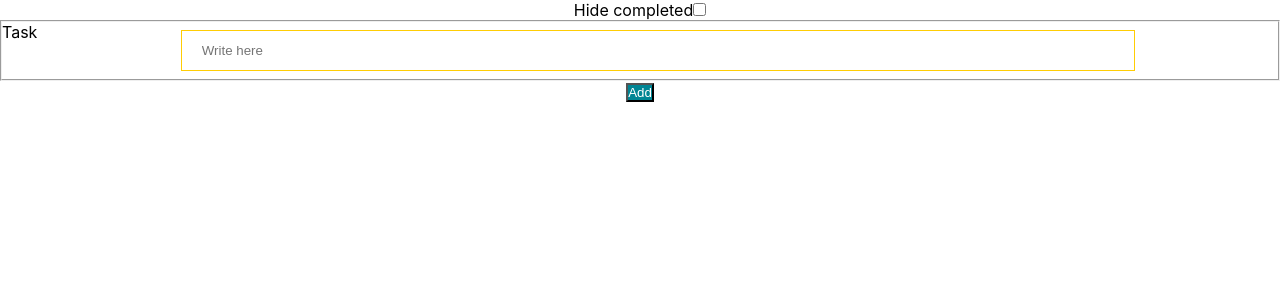
Repository: ArusyakAghajanyan/ToDoMamble
Page: /
The author's editor kept a copy of each file at every save. The page is drawn from the files as they stood at one save, then again after a run of saves.
The browser window is 1280 px wide. The pictures show the whole page.
The project was rebuilt for these pictures with package versions that can differ from the ones it lists, and the page was loaded fresh each time. Also part of the build but not shown: src/components/ToDoItem.jsx, src/components/confirm.css, src/components/Confirm.jsx.

Above is the page before, as saved 2022-05-23 00:20:22.

After the next 2 saves:
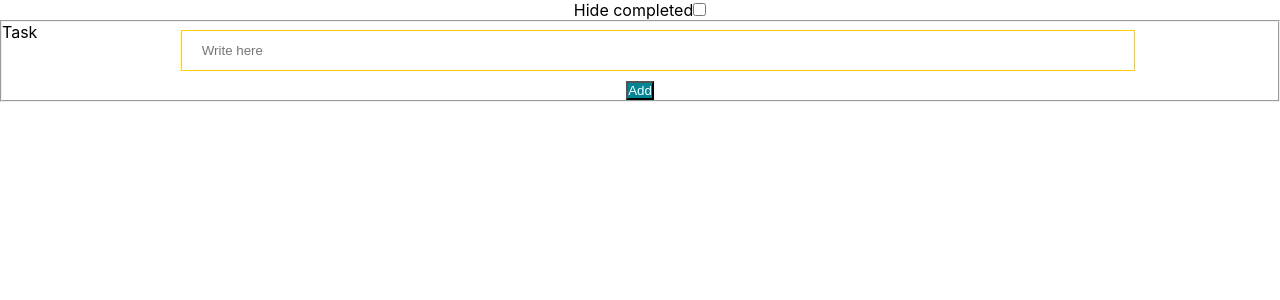
The 2 saves are shown as one change because they came seconds apart.
The last was saved 56 s later.
--- a/src/components/AddItem.jsx
+++ b/src/components/AddItem.jsx
@@ -39,8 +39,9 @@ export default function AddItem({onAdd}) {
             }}/>
             <p>{errorMes}</p>
             </p>
+            <button className="addbut">Add</button>
             </fieldset>
-            <button className="addbut">Add</button>
+
          </form>
 
     )
